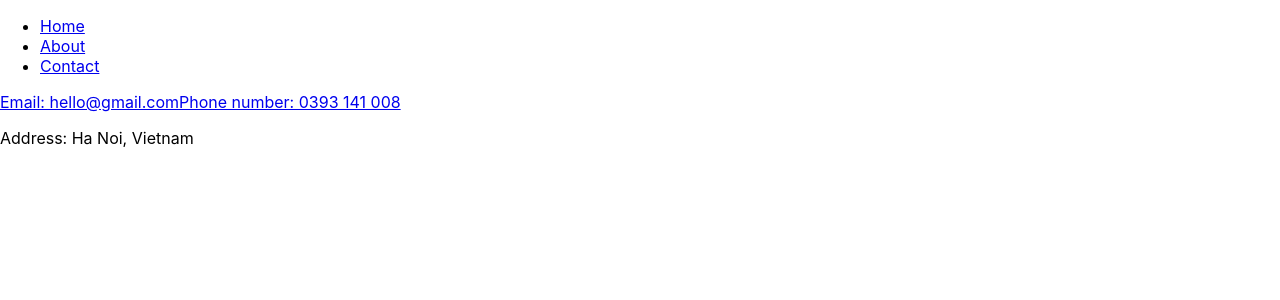
Repository: tuyenf/react-web110
Page: /contact
An editor plug-in stored every save of this project. The page is shown before and after the next save, followed by the edit.
The browser window is 1280 px wide. The pictures show the whole page.
The project was rebuilt for these pictures with package versions that can differ from the ones it lists, and the page was loaded fresh each time. Also part of the build but not shown: src/components/Home.jsx, src/components/About.jsx.

Above is the page before, as saved 2021-10-04 09:02:23.

### src/App.js
import React from "react";
import {BrowserRouter as Router, Route, Switch} from "react-router-dom";
import {Navigation, Home, About, Contact} from "./components";

function App() {
  return (
    <div className="App">
      <Router>
        <Navigation />
        <Switch>
          <Route path="/" exact component={() => <Home />}/>
          <Route path="/about" exact component={() => <About />}/>
          <Route path="/contact" exact component={() => <Contact />}/>
        </Switch>
      </Router>
    </div>
  );
}

export default App;

### src/components/index.js
export {default as Navigation} from "./Navigation";
export {default as Home} from "./Home";
export {default as About} from "./About";
export {default as Contact} from "./Contact";

### src/components/Navigation.jsx
import React from "react";
import {Link, withRouter} from "react-router-dom";
function Navigation() {
  return (
    <div className="Navigation">
      <ul>
        <li>
          <Link to="/">Home</Link>
        </li>
        <li>
          <Link to="/about">About</Link>
        </li>
        <li>
          <Link to="/contact">Contact</Link>
        </li>
      </ul>
    </div>
  )
}

export default withRouter(Navigation);

### src/components/Contact.jsx
import React from "react";

function Contact() {
  return (
    <div className="about">
      <a
      href="mailto">
      Email: hello@gmail.com
      </a>
      <a
      href="tel">
        Phone number: 0393 141 008
      </a>
      <p>Address: Ha Noi, Vietnam</p>
    </div>
  )
}

export default Contact;

Loaded but not shown: public/index.html (common file); src/index.js (common file); src/index.css (common file); src/reportWebVitals.js (common file)

After the next save:
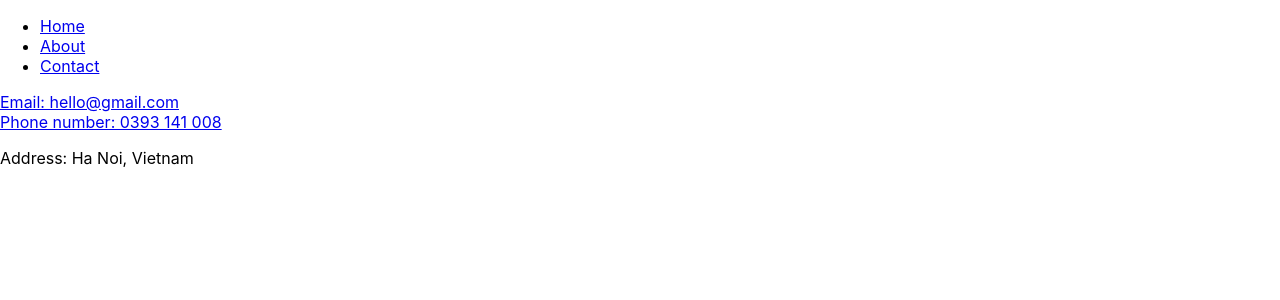
Saved 23 s later.
--- a/src/components/Contact.jsx
+++ b/src/components/Contact.jsx
@@ -3,10 +3,12 @@ import React from "react";
 function Contact() {
   return (
     <div className="about">
-      <a
-      href="mailto">
-      Email: hello@gmail.com
-      </a>
+      <div>
+        <a
+        href="mailto">
+        Email: hello@gmail.com
+        </a>
+      </div>
       <a
       href="tel">
         Phone number: 0393 141 008
